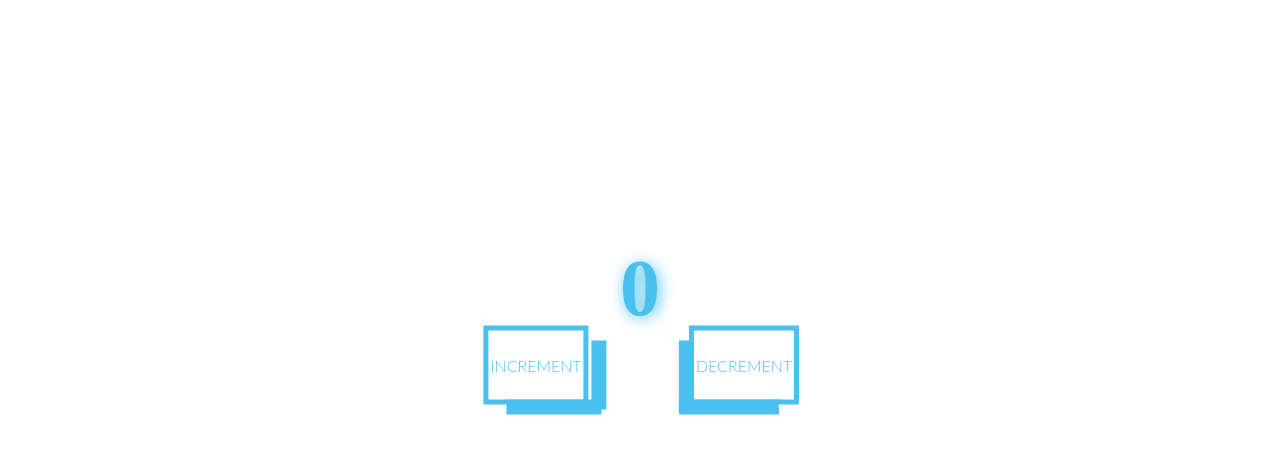
Repository: Ellisvelandia/react_introduction_test
Page: /
The author's editor kept a copy of each file at every save. The page is drawn from the files as they stood at one save, then again after a run of saves.
The browser window is 1280 px wide. The pictures show the whole page.
The project was rebuilt for these pictures with package versions that can differ from the ones it lists, and the page was loaded fresh each time. Also part of the build but not shown: src/index.css.

Above is the page before, as saved 2022-08-15 20:23:06.

### src/App.js
import "./App.scss";
import React, { useState } from "react";

const App = () => {
  const [num, changeNum] = useState(0);

  const incrementNum = () => {
    changeNum(num + 2);
  };

  const decrementNum = () => {
    if (num - 1 < 0) {
      alert(`you can't decrease than 0`);
    } else {
      changeNum(num - 2);
    }
  };

  return (
    <>
      <div className="container">
        <h1>{num}</h1>
        <button className="button_I" onClick={incrementNum}>Increment</button>
        <button className="button_D" onClick={decrementNum}>Decrement</button>
      </div>
    </>
  );
};

export default App;

### src/App.scss
* {
  margin: 0;
  padding: 0;
  box-sizing: border-box;
}

body {
  width: 100%;
  height: 100vh;
  display: flex;
  justify-content: center;
  align-items: center;
  flex-direction: column;
}

.container {
  align-self: center;
}

h1 {
  position: absolute;
  left: 50%;
  top: 40%;
  transform: translateX(-50%) translateY(-50%);
  font-size: 5rem;
  text-shadow: 2px 2px 15px #4ac0ee;
  color: #4ac0ee;
}

button {
  font-size: 1rem;
  margin: 5px;
  font-family: "Lato", sans-serif;
  font-weight: 300;
}

.button_I {
  position: absolute;
  left: 45%;
  top: 50%;
  transform: translateX(-50%) translateY(-50%);
  background: #fff;
  max-width: 120px;
  padding: 25px 2px;
  margin-left: -40px;
  border: 5px solid #4ac0ee;
  color: #4ac0ee;
  text-transform: uppercase;
  text-align: center;
  z-index: 2;
  transition: all 0.15s 0.15s ease-out;

  &:after,
  &:before {
    position: absolute;
    width: 100%;
    max-width: 100%;
    top: 100%;
    left: 0;
    bottom: -10px;
    content: "";
    z-index: 1;
    transition: all 0.15s 0.15s ease-out;
  }

  &:before {
    background: #4ac0ee;
    top: 10px;
    left: 103px;
    height: 100%;
    width: 15px;
  }

  &:after {
    width: 100%;
    background: #4ac0ee;
    right: 0px;
    left: 18px;
    height: 15px;
  }

  &:hover {
    background: #4ac0ee;
    color: #fff;
    margin-left: -7.5px;
    margin-bottom: -7.5px;

    &:after,
    &:before {
      top: 100%;
      left: 0;
      bottom: 0px;
    }

    &:before {
      top: 0px;
      left: 0px;
      width: 0px;
    }

    &:after {
      right: 0px;
      left: 0px;
      height: 0px;
    }
  }
}

.button_D {
  position: absolute;
  left: 55%;
  top: 50%;
  transform: translateX(-50%) translateY(-50%);
  margin-left: 40px;
  background: #fff;
  max-width: 120px;
  padding: 25px 2px;
  border: 5px solid #4ac0ee;
  color: #4ac0ee;
  text-transform: uppercase;
  text-align: center;

  z-index: 2;
  transition: all 0.15s 0.15s ease-out;

  &:after,
  &:before {
    position: absolute;
    width: 100%;
    max-width: 100%;
    top: 100%;
    left: 0;
    bottom: -10px;
    content: "";
    z-index: 1;
    transition: all 0.15s 0.15s ease-out;
  }

  &:before {
    background: #4ac0ee;
    top: 10px;
    left: -15px;
    height: 100%;
    width: 15px;
  }

  &:after {
    width: 100%;
    background: #4ac0ee;
    right: 0px;
    left: -15px;
    height: 15px;
  }

  &:hover {
    background: #4ac0ee;
    color: #fff;
    margin-left: -7.5px;
    margin-bottom: -7.5px;

    &:after,
    &:before {
      top: 100%;
      left: 0;
      bottom: 0px;
    }

    &:before {
      top: 0px;
      left: 0px;
      width: 0px;
    }

    &:after {
      right: 0px;
      left: 0px;
      height: 0px;
    }
  }
}

Loaded but not shown: public/index.html (common file); src/index.js (common file); src/reportWebVitals.js (common file)

After the next 2 saves:
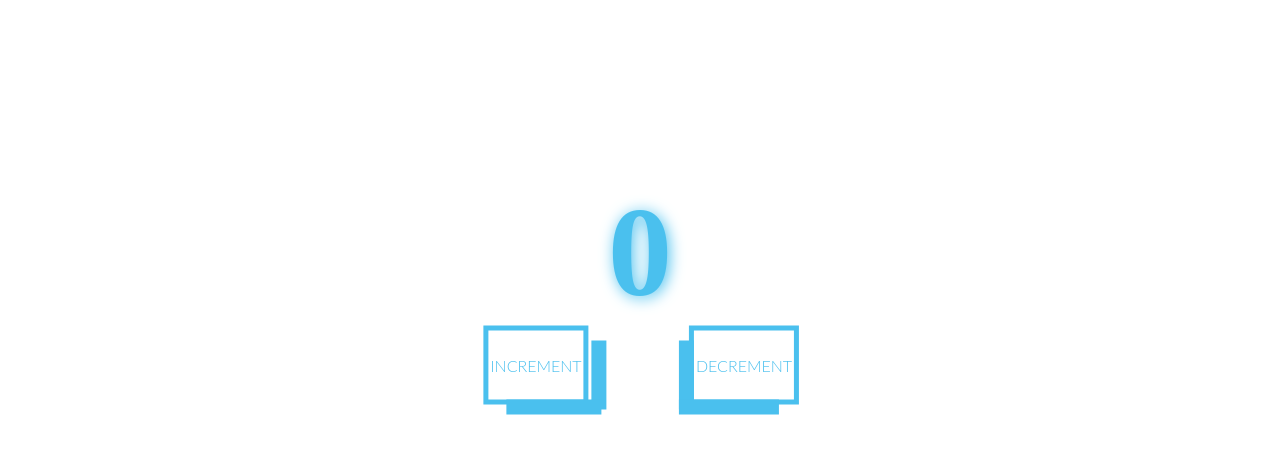
The 2 saves are shown as one change because they came seconds apart.
The last was saved 47 min 49 s later.
--- a/src/App.scss
+++ b/src/App.scss
@@ -20,9 +20,9 @@ body {
 h1 {
   position: absolute;
   left: 50%;
-  top: 40%;
+  top: 35%;
   transform: translateX(-50%) translateY(-50%);
-  font-size: 5rem;
+  font-size: 8rem;
   text-shadow: 2px 2px 15px #4ac0ee;
   color: #4ac0ee;
 }
